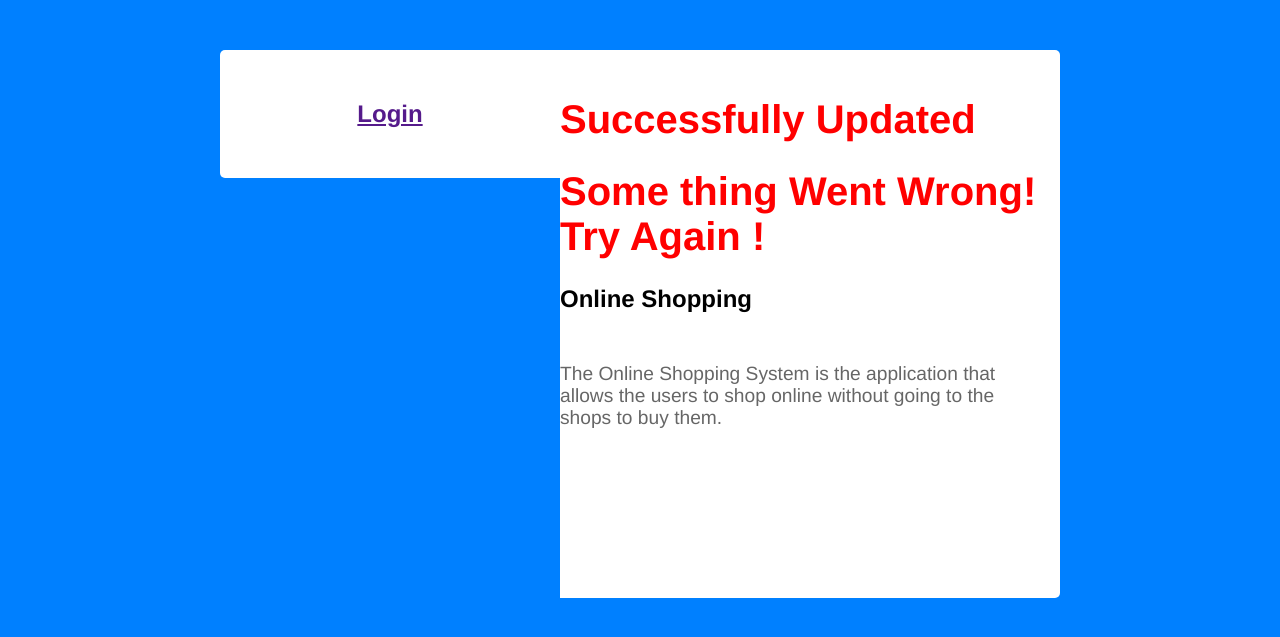
Repository: RajanKr004/E-commerce-Website-for-Sporty-Shoes-
Page: http://localhost/Phase_3_Ecommerce_website/signup.jsp
An editor plug-in stored every save of this project. The page is shown before and after a run of saves, followed by the edit.
The browser window is 1280 px wide. The pictures show the whole page.
The page is served by Tomcat 9.

Above is the page before, as saved 2022-02-09 05:18:55.

After the next 2 saves:
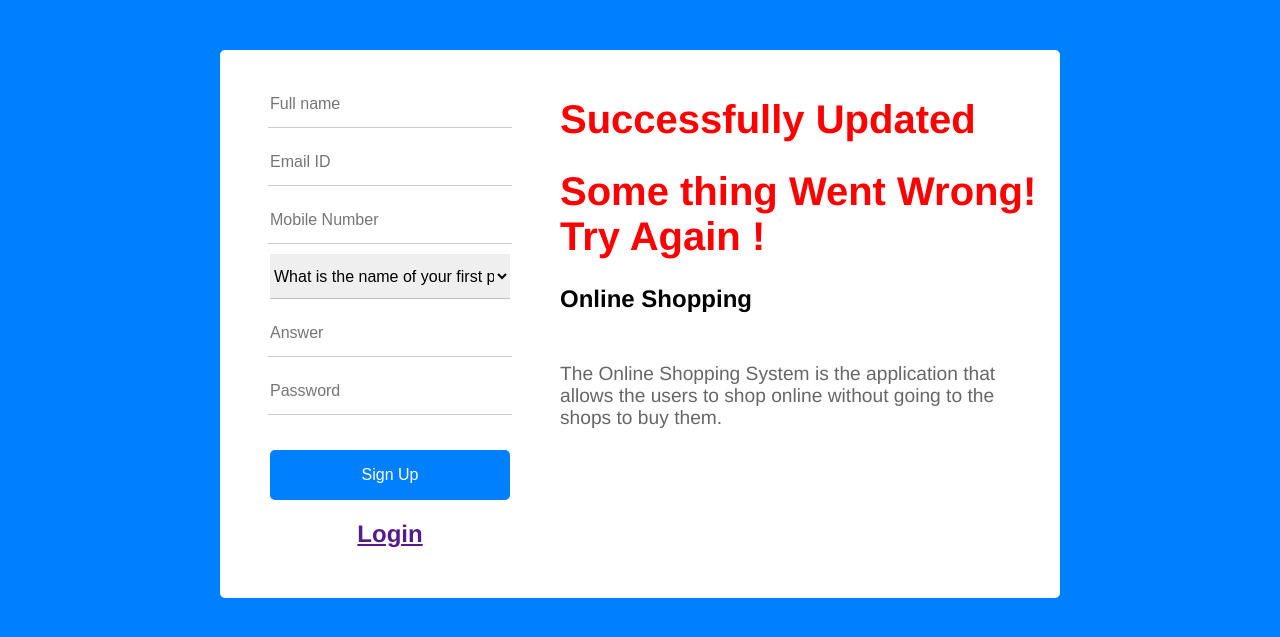
The 2 saves are shown as one change because they came seconds apart.
The last was saved 11 min 51 s later.
--- a/Phase 3 Ecommerce website/src/main/webapp/signup.jsp
+++ b/Phase 3 Ecommerce website/src/main/webapp/signup.jsp
@@ -5,22 +5,40 @@
 <title>Sign up</title>
 </head>
 <body>
-<div id='container'>
-  <div class='signup'>
+	<div id='container'>
+		<div class='signup'>
+			<form action="" method="post">
+				<input type="text" name="name" placeholder="Full name"> <input
+					type="email" name="email" placeholder="Email ID"> <input
+					type="number" name="phonenumber" placeholder="Mobile Number">
+				<select name="securityQuestion" required>
+					<option value="What is the name of your first pet ?">What
+						is the name of your first pet ?</option>
+					<option value="What is your first car ?">What is your
+						first car ?</option>
+					<option value="Where did you born ?">Where did you born ?</option>
+					<option value="What is the name of your first school ?">What
+						is the name of your first school ?</option>
+				</select> <input type="text" name="answer" placeholder="Answer"> <input
+					type="password" name="password" placeholder="Password"> <input
+					type="submit" value="Sign Up">
+			</form>
+			<h2>
+				<a href="">Login</a>
+			</h2>
+		</div>
+		<div class='whysign'>
 
-      <h2><a href="">Login</a></h2>
-  </div>
-  <div class='whysign'>
-
-<h1>Successfully Updated</h1>
+			<h1>Successfully Updated</h1>
 
 
-<h1>Some thing Went Wrong! Try Again !</h1>
+			<h1>Some thing Went Wrong! Try Again !</h1>
 
-    <h2>Online Shopping</h2>
-    <p>The Online Shopping System is the application that allows the users to shop online without going to the shops to buy them.</p>
-  </div>
-</div>
+			<h2>Online Shopping</h2>
+			<p>The Online Shopping System is the application that allows the
+				users to shop online without going to the shops to buy them.</p>
+		</div>
+	</div>
 
 </body>
 </html>
